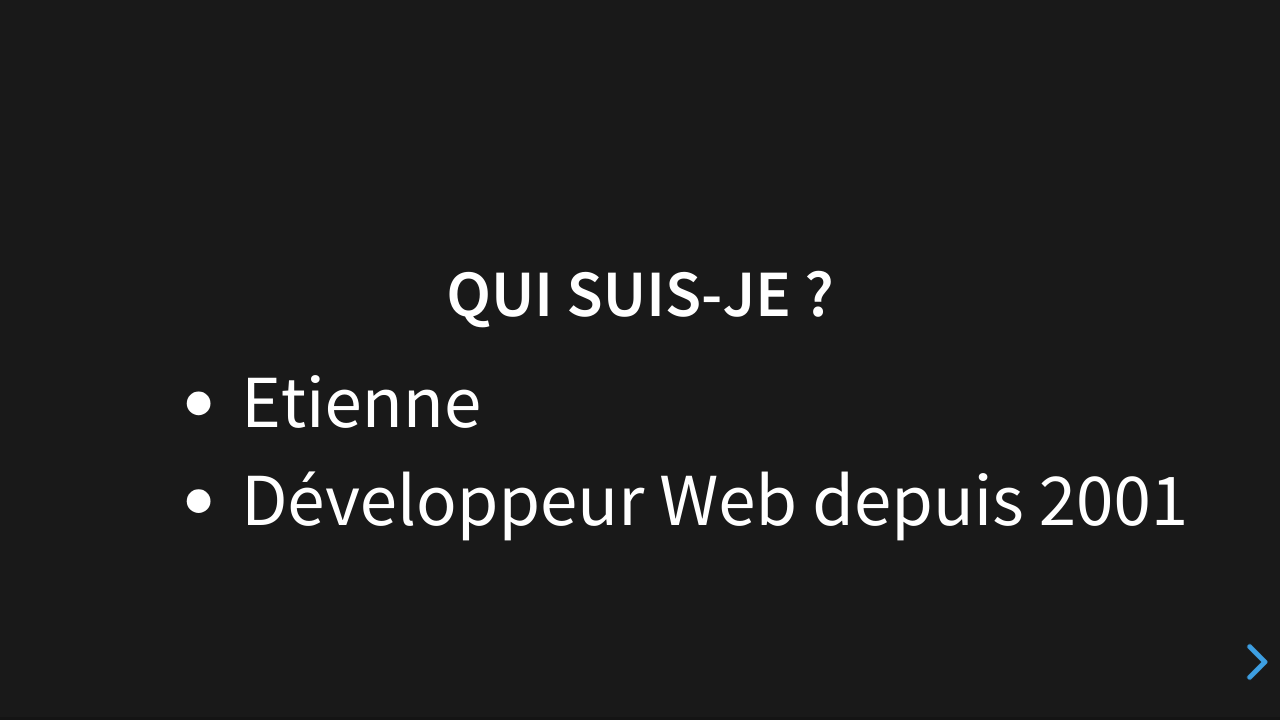
Repository: cutesquirrel/pres-college
Page: index.html
An editor plug-in stored every save of this project. The page is shown before and after the next save, followed by the edit.
The browser window is 1280 px wide. The pictures show the whole page.

Above is the page before, as saved 2024-03-31 10:37:15.

### index.html
<!doctype html>
<html lang="en">
	<head>
		<meta charset="utf-8">
		<meta name="viewport" content="width=device-width, initial-scale=1.0, maximum-scale=1.0, user-scalable=no">

		<title>reveal.js</title>

		<link rel="stylesheet" href="dist/reset.css">
		<link rel="stylesheet" href="dist/reveal.css">
		<link rel="stylesheet" href="dist/theme/black.css">

		<!-- Theme used for syntax highlighted code -->
		<link rel="stylesheet" href="plugin/highlight/monokai.css">
	</head>
	<body>
		<div class="reveal">
			<div class="slides">
				<section>
					<h2>Qui suis-je ?</h2>
					<ul class="r-fit-text" data-background-image="./whoami.png">
						<li>Etienne</li>
						<li>Développeur Web depuis 2001</li>
					</ul>
				</section>
				<section data-background-image="./fond_dev.png" >
					<h2>Développement ?</h2>
				</section>
				<section>

					<h2>Idées de thèmes</h2>
					<ul class="r-fit-text">
<li class="fragment fade-left">Les différentes activités réalisées dans votre travail
Développement Web
Gestion de projet
Management d'équipe
Travailler avec les fournisseurs : hébergeur, avis clients par ex, réseaux sociaux
Réunions d'équipe : qui travaille sur quoi ?
Réunions pour préparer des nouveaux projets
Réunions de crise : gros souci sur un site, on ne vend plus ? panique à bord ?


</li>
<li class="fragment fade-left">Description d'une journée type
	Je dirige une équipe de 8 personnes, coupée en 3 : une partie à Aix, l'autre à Montpellier, 1 en Bretagne
	On utilise donc beaucoup Slack, un outil pour communiquer entre nous, comme WhatsApp
Outils de chat : 2
</li>

<li class="fragment fade-left">les horaires de travail -

	9h-12h/14h-18h environ</li>

<li class="fragment fade-left">lieu(x) d’exercice du métier:

	dans l'entreprise, à Aix, ou en télétravail 2j/semaine</li>

<li class="fragment fade-left">les qualités et compétences demandées
	passioné par le développement
  curieux, inventif
	aimer travailler en équipe
	autonôme parfois
</li>

<li class="fragment fade-left">votre parcours de formation
ESIGELEC, école d'ingénieur généraliste.
Plein d'autres formations possibles : EPITECH, l'école 42, BTS, BUT, formation de reconversion


</li>
<li class="fragment fade-left">la place de l’anglais dans votre profession</li>
<li class="fragment fade-left">L’éducation nationale s’engage pour le développement durable et la transition écologique :
	la question de l’environnement est au coeur des nouveaux programme du lycée.

	parler de la question de la consommation énergétique
	Green IT ?
  Netflix, moteurs de recherche comme Google, l'intelligence articielle, le bitcoin - consommation énergétique monstrueuse


</li>
<li class="fragment fade-left">Entreprise ? égalité fille/ garçon: la part des femmes et des hommes dans votre entreprise

	Parmi les développeurs/euses, il y a encore peu de femmes.
	La preuve, je n'ai qu'une femme dans mon équipe sur 8 personnes...

	Par contre, au service marketing, dont je fais partie, c'est principalement des femmes :
	   graphistes, designeuses
	   community manager
		 responsable produit
		 ventes

  De nombreuses initiatives existent pour promouvoir la place de la femme dans ce métier.

</li>
					</ul>

TROUVER QQ PHOTOS HOMAIR
QQ PHOTOS AGREMENTANT LA PRESENTATION

				</section>
				<section>
					<section>Slide 2.1</section>
					<section>Slide 2.2</section>
				</section>
				<section data-transition="convex">
					<h3>data-transition: convex</h3>
				</section>
				<section data-background="indigo">
					<h2>Scroll triggered fragments</h2>
					<ul>
						<li class="fragment fade-left">Step one</li>
						<li class="fragment fade-left">Step two</li>
						<li class="fragment fade-left">Step three</li>
					</ul>
				</section>
			</div>
		</div>

		<script src="dist/reveal.js"></script>
		<script src="plugin/notes/notes.js"></script>
		<script src="plugin/markdown/markdown.js"></script>
		<script src="plugin/highlight/highlight.js"></script>
		<script>
			// More info about initialization & config:
			// - https://revealjs.com/initialization/
			// - https://revealjs.com/config/
			Reveal.initialize({
				hash: true,

				// Learn about plugins: https://revealjs.com/plugins/
				plugins: [ RevealMarkdown, RevealHighlight, RevealNotes ]
			});
		</script>
	</body>
</html>

### dist/theme/black.css
/**
 * Black theme for reveal.js. This is the opposite of the 'white' theme.
 *
 * By Hakim El Hattab, http://hakim.se
 */
@import url(./fonts/source-sans-pro/source-sans-pro.css);
section.has-light-background, section.has-light-background h1, section.has-light-background h2, section.has-light-background h3, section.has-light-background h4, section.has-light-background h5, section.has-light-background h6 {
  color: #222;
}

/*********************************************
 * GLOBAL STYLES
 *********************************************/
:root {
  --r-background-color: #191919;
  --r-main-font: Source Sans Pro, Helvetica, sans-serif;
  --r-main-font-size: 42px;
  --r-main-color: #fff;
  --r-block-margin: 20px;
  --r-heading-margin: 0 0 20px 0;
  --r-heading-font: Source Sans Pro, Helvetica, sans-serif;
  --r-heading-color: #fff;
  --r-heading-line-height: 1.2;
  --r-heading-letter-spacing: normal;
  --r-heading-text-transform: uppercase;
  --r-heading-text-shadow: none;
  --r-heading-font-weight: 600;
  --r-heading1-text-shadow: none;
  --r-heading1-size: 2.5em;
  --r-heading2-size: 1.6em;
  --r-heading3-size: 1.3em;
  --r-heading4-size: 1em;
  --r-code-font: monospace;
  --r-link-color: #42affa;
  --r-link-color-dark: #068de9;
  --r-link-color-hover: #8dcffc;
  --r-selection-background-color: rgba(66, 175, 250, 0.75);
  --r-selection-color: #fff;
  --r-overlay-element-bg-color: 240, 240, 240;
  --r-overlay-element-fg-color: 0, 0, 0;
}

.reveal-viewport {
  background: #191919;
  background-color: var(--r-background-color);
}

.reveal {
  font-family: var(--r-main-font);
  font-size: var(--r-main-font-size);
  font-weight: normal;
  color: var(--r-main-color);
}

.reveal ::selection {
  color: var(--r-selection-color);
  background: var(--r-selection-background-color);
  text-shadow: none;
}

.reveal ::-moz-selection {
  color: var(--r-selection-color);
  background: var(--r-selection-background-color);
  text-shadow: none;
}

.reveal .slides section,
.reveal .slides section > section {
  line-height: 1.3;
  font-weight: inherit;
}

/*********************************************
 * HEADERS
 *********************************************/
.reveal h1,
.reveal h2,
.reveal h3,
.reveal h4,
.reveal h5,
.reveal h6 {
  margin: var(--r-heading-margin);
  color: var(--r-heading-color);
  font-family: var(--r-heading-font);
  font-weight: var(--r-heading-font-weight);
  line-height: var(--r-heading-line-height);
  letter-spacing: var(--r-heading-letter-spacing);
  text-transform: var(--r-heading-text-transform);
  text-shadow: var(--r-heading-text-shadow);
  word-wrap: break-word;
}

.reveal h1 {
  font-size: var(--r-heading1-size);
}

.reveal h2 {
  font-size: var(--r-heading2-size);
}

.reveal h3 {
  font-size: var(--r-heading3-size);
}

.reveal h4 {
  font-size: var(--r-heading4-size);
}

.reveal h1 {
  text-shadow: var(--r-heading1-text-shadow);
}

/*********************************************
 * OTHER
 *********************************************/
.reveal p {
  margin: var(--r-block-margin) 0;
  line-height: 1.3;
}

/* Remove trailing margins after titles */
.reveal h1:last-child,
.reveal h2:last-child,
.reveal h3:last-child,
.reveal h4:last-child,
.reveal h5:last-child,
.reveal h6:last-child {
  margin-bottom: 0;
}

/* Ensure certain elements are never larger than the slide itself */
.reveal img,
.reveal video,
.reveal iframe {
  max-width: 95%;
  max-height: 95%;
}

.reveal strong,
.reveal b {
  font-weight: bold;
}

.reveal em {
  font-style: italic;
}

.reveal ol,
.reveal dl,
.reveal ul {
  display: inline-block;
  text-align: left;
  margin: 0 0 0 1em;
}

.reveal ol {
  list-style-type: decimal;
}

.reveal ul {
  list-style-type: disc;
}

.reveal ul ul {
  list-style-type: square;
}

.reveal ul ul ul {
  list-style-type: circle;
}

.reveal ul ul,
.reveal ul ol,
.reveal ol ol,
.reveal ol ul {
  display: block;
  margin-left: 40px;
}

.reveal dt {
  font-weight: bold;
}

.reveal dd {
  margin-left: 40px;
}

.reveal blockquote {
  display: block;
  position: relative;
  width: 70%;
  margin: var(--r-block-margin) auto;
  padding: 5px;
  font-style: italic;
  background: rgba(255, 255, 255, 0.05);
  box-shadow: 0px 0px 2px rgba(0, 0, 0, 0.2);
}

.reveal blockquote p:first-child,
.reveal blockquote p:last-child {
  display: inline-block;
}

.reveal q {
  font-style: italic;
}

.reveal pre {
  display: block;
  position: relative;
  width: 90%;
  margin: var(--r-block-margin) auto;
  text-align: left;
  font-size: 0.55em;
  font-family: var(--r-code-font);
  line-height: 1.2em;
  word-wrap: break-word;
  box-shadow: 0px 5px 15px rgba(0, 0, 0, 0.15);
}

.reveal code {
  font-family: var(--r-code-font);
  text-transform: none;
  tab-size: 2;
}

.reveal pre code {
  display: block;
  padding: 5px;
  overflow: auto;
  max-height: 400px;
  word-wrap: normal;
}

.reveal .code-wrapper {
  white-space: normal;
}

.reveal .code-wrapper code {
  white-space: pre;
}

.reveal table {
  margin: auto;
  border-collapse: collapse;
  border-spacing: 0;
}

.reveal table th {
  font-weight: bold;
}

.reveal table th,
.reveal table td {
  text-align: left;
  padding: 0.2em 0.5em 0.2em 0.5em;
  border-bottom: 1px solid;
}

.reveal table th[align=center],
.reveal table td[align=center] {
  text-align: center;
}

.reveal table th[align=right],
.reveal table td[align=right] {
  text-align: right;
}

.reveal table tbody tr:last-child th,
.reveal table tbody tr:last-child td {
  border-bottom: none;
}

.reveal sup {
  vertical-align: super;
  font-size: smaller;
}

.reveal sub {
  vertical-align: sub;
  font-size: smaller;
}

.reveal small {
  display: inline-block;
  font-size: 0.6em;
  line-height: 1.2em;
  vertical-align: top;
}

.reveal small * {
  vertical-align: top;
}

.reveal img {
  margin: var(--r-block-margin) 0;
}

/*********************************************
 * LINKS
 *********************************************/
.reveal a {
  color: var(--r-link-color);
  text-decoration: none;
  transition: color 0.15s ease;
}

.reveal a:hover {
  color: var(--r-link-color-hover);
  text-shadow: none;
  border: none;
}

.reveal .roll span:after {
  color: #fff;
  background: var(--r-link-color-dark);
}

/*********************************************
 * Frame helper
 *********************************************/
.reveal .r-frame {
  border: 4px solid var(--r-main-color);
  box-shadow: 0 0 10px rgba(0, 0, 0, 0.15);
}

.reveal a .r-frame {
  transition: all 0.15s linear;
}

.reveal a:hover .r-frame {
  border-color: var(--r-link-color);
  box-shadow: 0 0 20px rgba(0, 0, 0, 0.55);
}

/*********************************************
 * NAVIGATION CONTROLS
 *********************************************/
.reveal .controls {
  color: var(--r-link-color);
}

/*********************************************
 * PROGRESS BAR
 *********************************************/
.reveal .progress {
  background: rgba(0, 0, 0, 0.2);
  color: var(--r-link-color);
}

/*********************************************
 * PRINT BACKGROUND
 *********************************************/
@media print {
  .backgrounds {
    background-color: var(--r-background-color);
  }
}

### plugin/highlight/monokai.css
/*
Monokai style - ported by Luigi Maselli - http://grigio.org
*/

.hljs {
  display: block;
  overflow-x: auto;
  padding: 0.5em;
  background: #272822;
  color: #ddd;
}

.hljs-tag,
.hljs-keyword,
.hljs-selector-tag,
.hljs-literal,
.hljs-strong,
.hljs-name {
  color: #f92672;
}

.hljs-code {
  color: #66d9ef;
}

.hljs-class .hljs-title {
  color: white;
}

.hljs-attribute,
.hljs-symbol,
.hljs-regexp,
.hljs-link {
  color: #bf79db;
}

.hljs-string,
.hljs-bullet,
.hljs-subst,
.hljs-title,
.hljs-section,
.hljs-emphasis,
.hljs-type,
.hljs-built_in,
.hljs-builtin-name,
.hljs-selector-attr,
.hljs-selector-pseudo,
.hljs-addition,
.hljs-variable,
.hljs-template-tag,
.hljs-template-variable {
  color: #a6e22e;
}

.hljs-comment,
.hljs-quote,
.hljs-deletion,
.hljs-meta {
  color: #75715e;
}

.hljs-keyword,
.hljs-selector-tag,
.hljs-literal,
.hljs-doctag,
.hljs-title,
.hljs-section,
.hljs-type,
.hljs-selector-id {
  font-weight: bold;
}

Loaded but not shown: dist/reset.css (common file); dist/reveal.css (library); dist/reveal.js (library); plugin/notes/notes.js (library); plugin/markdown/markdown.js (library); plugin/highlight/highlight.js (library); dist/theme/fonts/source-sans-pro/source-sans-pro.css (common file)

After the next save:
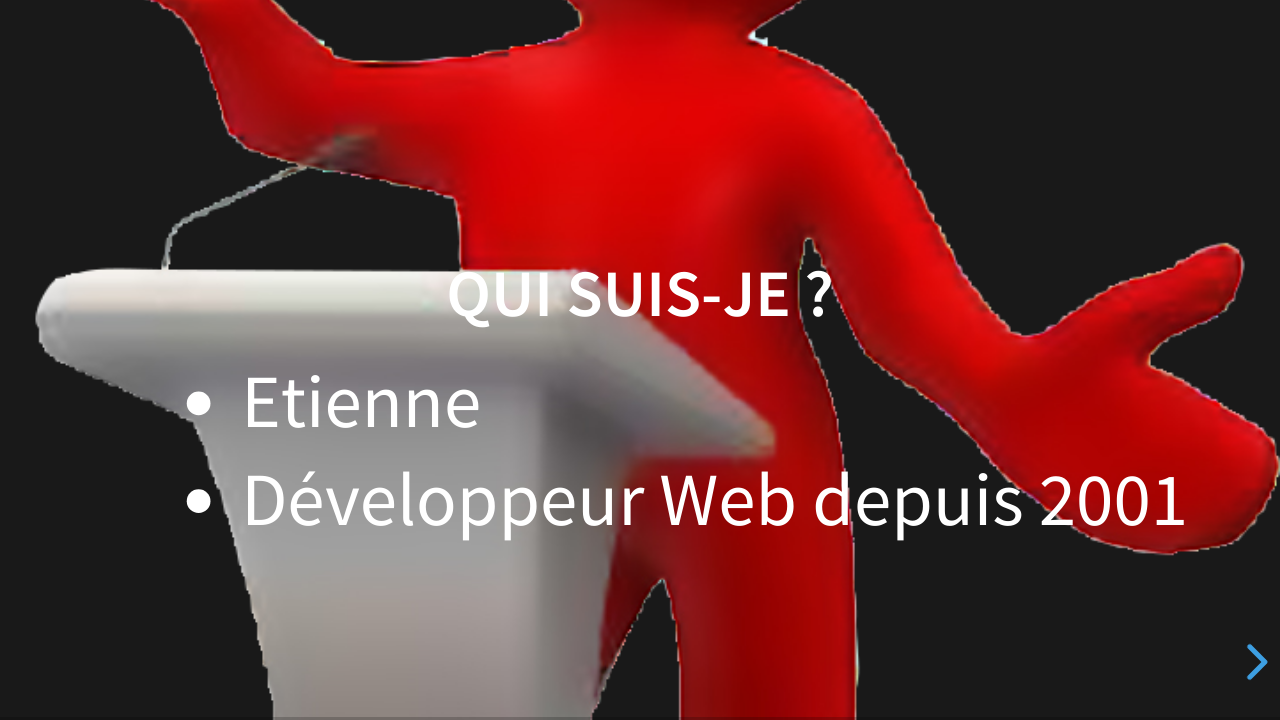
Saved 39 s later.
--- a/index.html
+++ b/index.html
@@ -16,9 +16,9 @@
 	<body>
 		<div class="reveal">
 			<div class="slides">
-				<section>
+				<section data-background-image="./whoami.png">
 					<h2>Qui suis-je ?</h2>
-					<ul class="r-fit-text" data-background-image="./whoami.png">
+					<ul class="r-fit-text" >
 						<li>Etienne</li>
 						<li>Développeur Web depuis 2001</li>
 					</ul>
